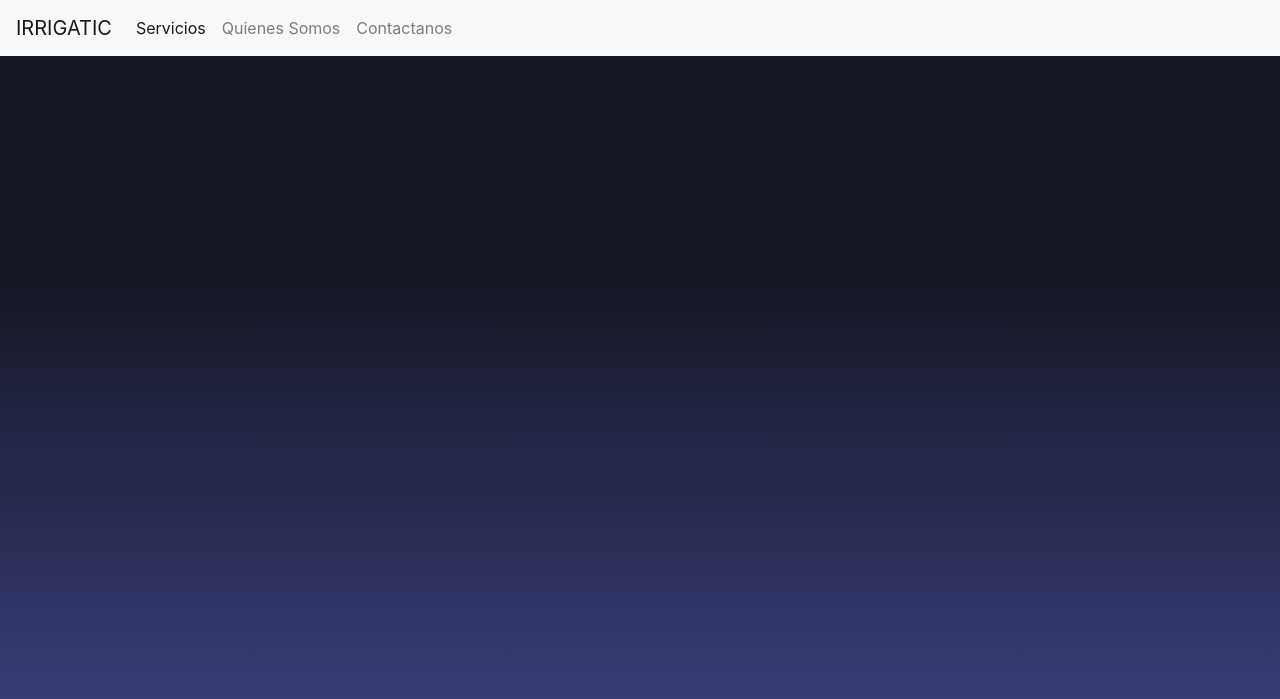
Repository: CristianPalta1/pages_react
Page: /
An editor plug-in stored every save of this project. The page is shown before and after the next save, followed by the edit.
The browser window is 1280 px wide. The pictures show the whole page.
The project was rebuilt for these pictures with package versions that can differ from the ones it lists, and the page was loaded fresh each time. Also part of the build but not shown: src/components/styles/Navbar.css, src/components/Forms.jsx, src/pages/InicioSesion.jsx, src/components/Container.jsx, src/pages/Dashboard.jsx, src/pages/IngresoDoc.jsx, src/pages/NotifiDoc.jsx, src/pages/styles/Badges.css and 9 more.

Above is the page before, as saved 2019-08-29 15:15:24.

After the next save:
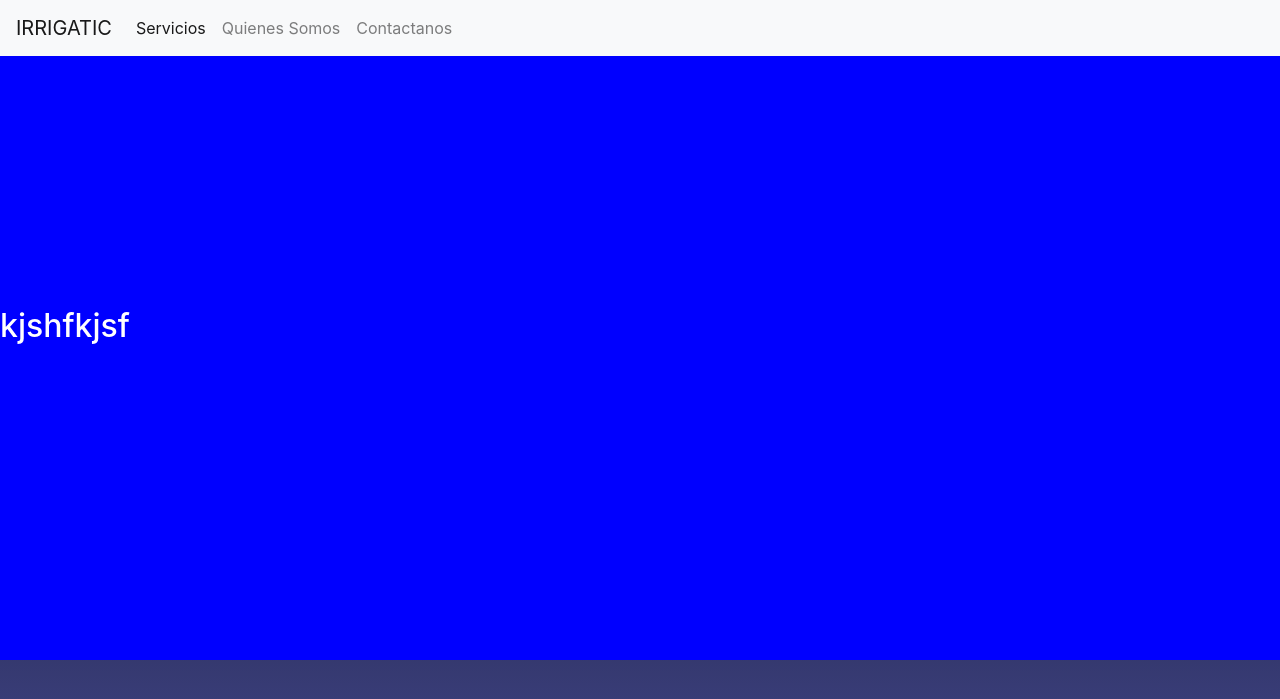
Saved 4 s later.
--- a/src/pages/Inicio.jsx
+++ b/src/pages/Inicio.jsx
@@ -47,7 +47,7 @@ class Inicio extends Component {
 
   render() {
     return (
-      <div className="home">
+      <div className="Home">
         <h2>kjshfkjsf</h2>
       </div>
     );
